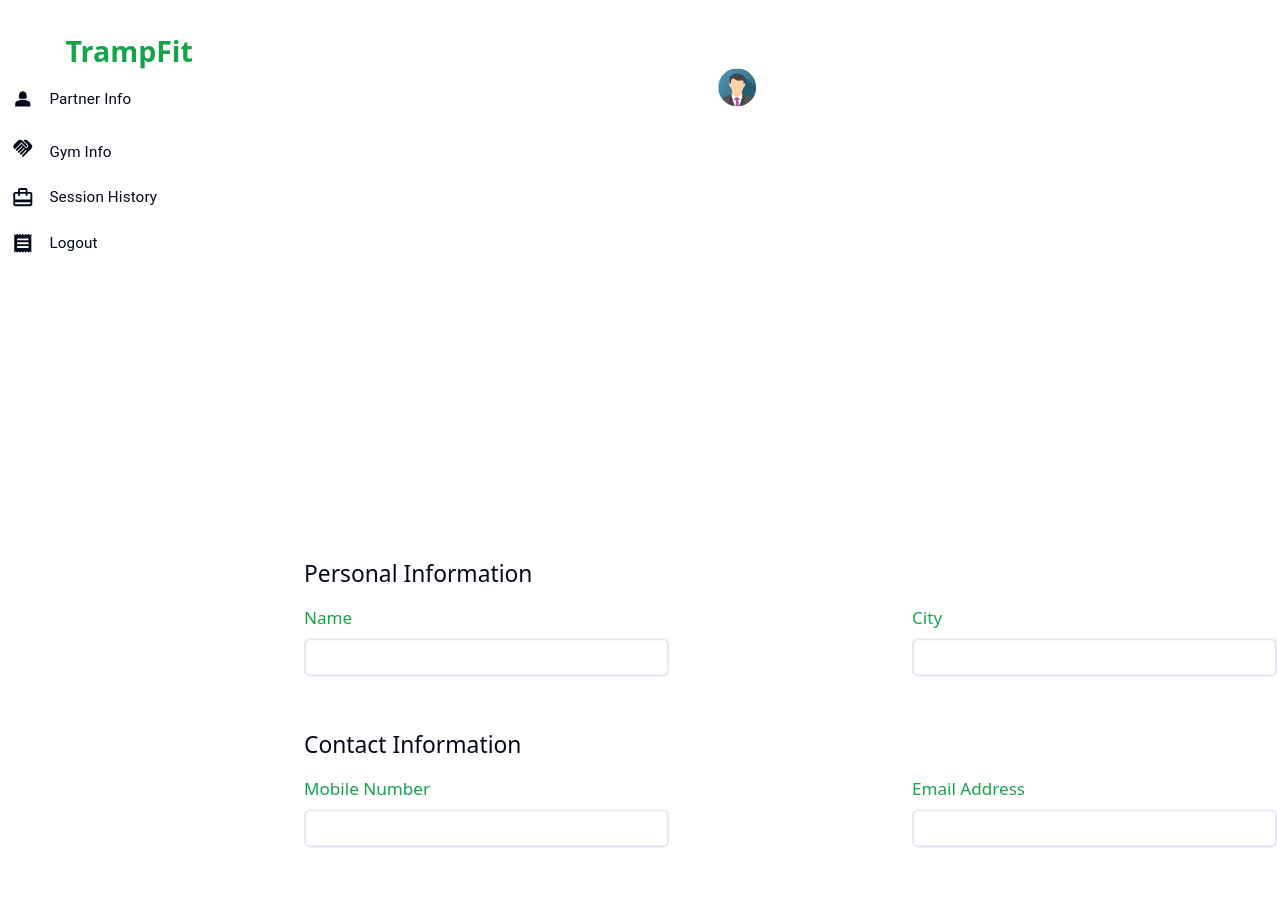
Repository: ezioxatul/TrampFit-Website
Page: /partner/partnerDashboard/partnerInfo (app in Frontend/)
The author's editor kept a copy of each file at every save. The page is drawn from the files as they stood at one save, then again after the next save.
The browser window is 1280 px wide. The page is 1344 px wide, so the pictures cover 1344 px, including what lies to the right of the window. The pictures show the whole page, at 95% of full size.
The project was rebuilt for these pictures with package versions that can differ from the ones it lists, and the page was loaded fresh each time. The framework's server and built-in components were replaced by stand-ins that run in the browser. Also part of the build but not shown: Frontend/next.config.js, Frontend/next.config.mjs, Frontend/components/Loader.js, Frontend/components/Popup.js.

Above is the page before, as saved 2024-05-16 17:52:36.

### Frontend/pages/_app.js
import Loader from "@/components/Loader";
import "@/styles/globals.css";
import { useRouter } from "next/router";
import { useEffect, useState } from "react";


const Loading = () => {

  return (
    <Loader/>
  );
}

export default function App({ Component, pageProps }) {

  const [loading, setLoading] = useState(false);
  const router = useRouter();

  useEffect(() => {
    const handleStart = () => setLoading(true);
    const handleComplete = () => setLoading(false);

    router.events.on('routeChangeStart', handleStart);
    router.events.on('routeChangeComplete', handleComplete);
    router.events.on('routeChangeError', handleComplete);

    return () => {
      router.events.off('routeChangeStart', handleStart);
      router.events.off('routeChangeComplete', handleComplete);
      router.events.off('routeChangeError', handleComplete);
    };
  }, []);

  return (
    <>
    <div className="h-2">
      {
        loading  &&
          <Loading />

      }
      </div>
          <Component {...pageProps} />

    </>
  );
}

### Frontend/pages/_document.js
import { Html, Head, Main, NextScript } from "next/document";

export default function Document() {
  return (
    <Html lang="en">
          <Head />
          <body>
            <Main />
            <NextScript />
          </body>
        </Html>
        );
}

### Frontend/pages/partner/partnerDashboard/partnerInfo.js
import PartnerSideBar from "@/components/PartnerSideBar";
import { Avatar } from "@mui/material";
import { Input } from "@/components/ui/input";
import { Label } from "@/components/ui/label";
import { useEffect, useState } from "react";
import { useRouter } from "next/router";
import { ToastContainer, toast } from "react-toastify";

export default function partnerInfo() {
    const inputClassName = "w-96 text-lg border-2";
    const labelClassName = "text-lg text-green-600 font-normal";
    const containerClassName = "ml-80";

    return (
        <>
            <div className="flex flex-col">
                <div className="flex">
                    <PartnerSideBar />
                        <Avatar className="w-36 mx-auto mt-16 h-36 text-6xl bg-black" src="/avtar.png" />
                </div>
                <div className=" mt-64">
                    <h1 className={`${containerClassName} text-2xl mb-4`}>Personal Information</h1>
                    <div className={`${containerClassName} flex mb-10`}>
                        <div className="mr-32 space-y-2">
                            <Label htmlFor="name" className={labelClassName}>
                                Name
                            </Label>
                            <Input type="text" className={inputClassName} />
                        </div>
                        <div className="ml-32 space-y-2">
                            <Label htmlFor="city" className={labelClassName}>
                                City
                            </Label>
                            <Input type="text" className={inputClassName} />
                        </div>
                    </div>
                </div>
                <div>
                    <h1 className={`${containerClassName} text-2xl mb-4 mt-4`}>Contact Information</h1>
                    <div className={`${containerClassName} flex mb-10`}>
                        <div className="mr-32 space-y-2">
                            <Label htmlFor="name" className={labelClassName}>
                                Mobile Number
                            </Label>
                            <Input type="text" className={inputClassName} />
                        </div>
                        <div className="ml-32 space-y-2 mb-10">
                            <Label htmlFor="city" className={labelClassName}>
                                Email Address
                            </Label>
                            <Input type="text" className={inputClassName} />
                        </div>
                        <ToastContainer />
                    </div>
                </div>
            </div>
        </>
    );
}

### Frontend/styles/globals.css
@tailwind base;
@tailwind components;
@tailwind utilities;


@layer base {
  :root {
    --background: 0 0% 100%;
    --foreground: 222.2 84% 4.9%;

    --card: 0 0% 100%;
    --card-foreground: 222.2 84% 4.9%;

    --popover: 0 0% 100%;
    --popover-foreground: 222.2 84% 4.9%;

    --primary: 222.2 47.4% 11.2%;
    --primary-foreground: 210 40% 98%;

    --secondary: 210 40% 96.1%;
    --secondary-foreground: 222.2 47.4% 11.2%;

    --muted: 210 40% 96.1%;
    --muted-foreground: 215.4 16.3% 46.9%;

    --accent: 210 40% 96.1%;
    --accent-foreground: 222.2 47.4% 11.2%;

    --destructive: 0 84.2% 60.2%;
    --destructive-foreground: 210 40% 98%;

    --border: 214.3 31.8% 91.4%;
    --input: 214.3 31.8% 91.4%;
    --ring: 222.2 84% 4.9%;

    --radius: 0.5rem;
  }

  .dark {
    --background: 222.2 84% 4.9%;
    --foreground: 210 40% 98%;

    --card: 222.2 84% 4.9%;
    --card-foreground: 210 40% 98%;

    --popover: 222.2 84% 4.9%;
    --popover-foreground: 210 40% 98%;

    --primary: 210 40% 98%;
    --primary-foreground: 222.2 47.4% 11.2%;

    --secondary: 217.2 32.6% 17.5%;
    --secondary-foreground: 210 40% 98%;

    --muted: 217.2 32.6% 17.5%;
    --muted-foreground: 215 20.2% 65.1%;

    --accent: 217.2 32.6% 17.5%;
    --accent-foreground: 210 40% 98%;

    --destructive: 0 62.8% 30.6%;
    --destructive-foreground: 210 40% 98%;

    --border: 217.2 32.6% 17.5%;
    --input: 217.2 32.6% 17.5%;
    --ring: 212.7 26.8% 83.9%;
  }
}

@layer base {
  * {
    @apply border-border;
  }
  body {
    @apply bg-background text-foreground;
  }
}


.outline_remove:focus{


}
.focus-visible\:ring-offset-2:focus-visible{
  border:none !important;
  outline: none !important;
  border-style: none;
}

### Frontend/components/PartnerSideBar.js
import List from '@mui/material/List';
import ListItemButton from '@mui/material/ListItemButton';
import ListItemText from '@mui/material/ListItemText';
import Person2Icon from '@mui/icons-material/Person2';
import HandshakeIcon from '@mui/icons-material/Handshake';
import CardTravelIcon from '@mui/icons-material/CardTravel';
import ReceiptIcon from '@mui/icons-material/Receipt';
import LogoutIcon from '@mui/icons-material/Logout';

import { useState } from 'react';
import Link from 'next/link';
import Popup from './Popup';
import { useRouter } from 'next/router';

export default function PartnerSideBar() {

    let SideBarHeading = ['Partner Info', 'Gym Info', 'Session History', 'Logout'];

    let router = useRouter();
    let [start, setStart] = useState(false);

    const logout = () => {
        setStart(!start);
    }


    const logoutEvent = () => {
        localStorage.removeItem('partnerToken');
        setStart(false);
        router.push('/partner/partnerLogin')
    }
    return (
        <>
            <div className=" w-72  m-[-8px] p-1  mb-10">
                <Link href="#"><h1 className=' text-green-600 text-3xl font-semibold text-center mt-8 cursor-pointer'>TrampFit</h1></Link>

                <List className='bg-white mt-8 ml-6 space-y-2'>
                    {
                        SideBarHeading.map((text, index) => {
                            return (
                                index === 1 ?
                                    <>

                                        <ListItemButton className=' space-x-4 flex justify-between hover:bg-green-100 hover:rounded-2xl hover:text-green-600'>
                                            <Link href="#" className='flex space-x-4 '>
                                                <HandshakeIcon className='text-2xl' />
                                                <ListItemText primary={text} />
                                            </Link>
                                        </ListItemButton>

                                    </> :
                                    index === 0 ?
                                        <Link href="#">
                                            <ListItemButton className=' space-x-4 hover:bg-green-100 hover:rounded-2xl hover:text-green-600'>
                                                <Person2Icon className='text-2xl' />
                                                <ListItemText primary={text} />
                                            </ListItemButton>
                                        </Link> :
                                        index === 2 ?
                                            <Link href="#">
                                                <ListItemButton className=' space-x-4 hover:bg-green-100 hover:rounded-2xl hover:text-green-600'>
                                                    <CardTravelIcon className='text-2xl' />
                                                    <ListItemText primary={text} />
                                                </ListItemButton>
                                            </Link> :
                                            index === 3 ?
                                                <Link href="#">
                                                    <ListItemButton className=' space-x-4 hover:bg-green-100 hover:rounded-2xl hover:text-green-600'>
                                                        <ReceiptIcon className='text-2xl' />
                                                        <ListItemText primary={text} />
                                                    </ListItemButton>
                                                </Link> :
                                                <ListItemButton className=' space-x-4 hover:bg-green-100 hover:rounded-2xl hover:text-green-600' onClick={logout}>
                                                    <LogoutIcon className='text-2xl' />
                                                    <ListItemText primary={text} />
                                                    <Popup open={start} title={"Do you Really want to Logout?"} cancel="Cancel" logout="Logout" logoutEvent={logoutEvent} cancelEvent={logout} />
                                                </ListItemButton>
                            )
                        })
                    }
                </List>
            </div>
        </>
    );
}

### Frontend/tailwind.config.js
/** @type {import('tailwindcss').Config} */
module.exports = {
  darkMode: ["class"],
  content: [
    './pages/**/*.{js,jsx}',
    './components/**/*.{js,jsx}',
    './app/**/*.{js,jsx}',
    './src/**/*.{js,jsx}',
  ],
  prefix: "",
  theme: {
    container: {
      center: true,
      padding: "2rem",
      screens: {
        "2xl": "1400px",
      },
    },
    extend: {fontFamily: {
      play: ["Play", "sans-serif"],
    },
      colors: {
        border: "hsl(var(--border))",
        input: "hsl(var(--input))",
        ring: "hsl(var(--ring))",
        background: "hsl(var(--background))",
        foreground: "hsl(var(--foreground))",
        primary: {
          DEFAULT: "hsl(var(--primary))",
          foreground: "hsl(var(--primary-foreground))",
        },
        secondary: {
          DEFAULT: "hsl(var(--secondary))",
          foreground: "hsl(var(--secondary-foreground))",
        },
        destructive: {
          DEFAULT: "hsl(var(--destructive))",
          foreground: "hsl(var(--destructive-foreground))",
        },
        muted: {
          DEFAULT: "hsl(var(--muted))",
          foreground: "hsl(var(--muted-foreground))",
        },
        accent: {
          DEFAULT: "hsl(var(--accent))",
          foreground: "hsl(var(--accent-foreground))",
        },
        popover: {
          DEFAULT: "hsl(var(--popover))",
          foreground: "hsl(var(--popover-foreground))",
        },
        card: {
          DEFAULT: "hsl(var(--card))",
          foreground: "hsl(var(--card-foreground))",
        },
      },
      borderRadius: {
        lg: "var(--radius)",
        md: "calc(var(--radius) - 2px)",
        sm: "calc(var(--radius) - 4px)",
      },
      keyframes: {
        "accordion-down": {
          from: { height: "0" },
          to: { height: "var(--radix-accordion-content-height)" },
        },
        "accordion-up": {
          from: { height: "var(--radix-accordion-content-height)" },
          to: { height: "0" },
        },
      },
      animation: {
        "accordion-down": "accordion-down 0.2s ease-out",
        "accordion-up": "accordion-up 0.2s ease-out",
      },
    },
  },
  plugins: [require("tailwindcss-animate")],
}

Loaded but not shown: Frontend/components/ui/input.jsx (common file); Frontend/components/ui/label.jsx (common file); Frontend/lib/utils.js (common file)

After the next save:
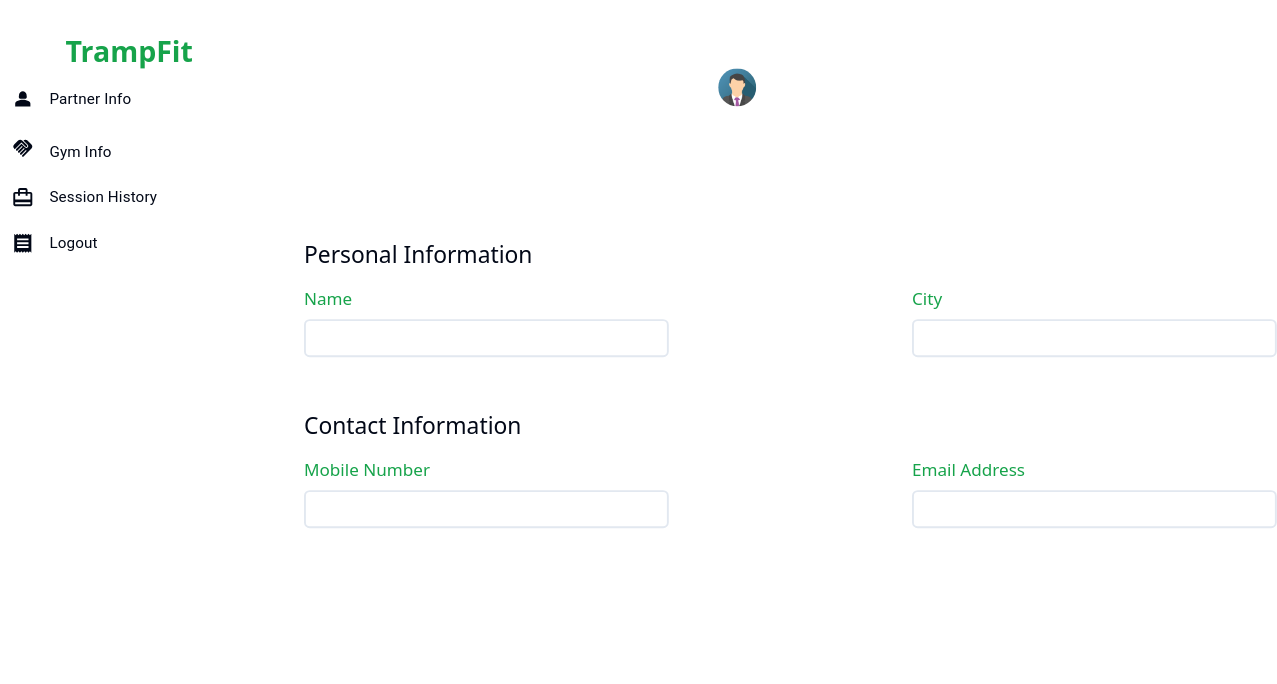
Saved 24 s later.
--- a/Frontend/pages/partner/partnerDashboard/partnerInfo.js
+++ b/Frontend/pages/partner/partnerDashboard/partnerInfo.js
@@ -18,7 +18,7 @@ export default function partnerInfo() {
                     <PartnerSideBar />
                         <Avatar className="w-36 mx-auto mt-16 h-36 text-6xl bg-black" src="/avtar.png" />
                 </div>
-                <div className=" mt-64">
+                <div className=" mt-[-5rem]">
                     <h1 className={`${containerClassName} text-2xl mb-4`}>Personal Information</h1>
                     <div className={`${containerClassName} flex mb-10`}>
                         <div className="mr-32 space-y-2">
